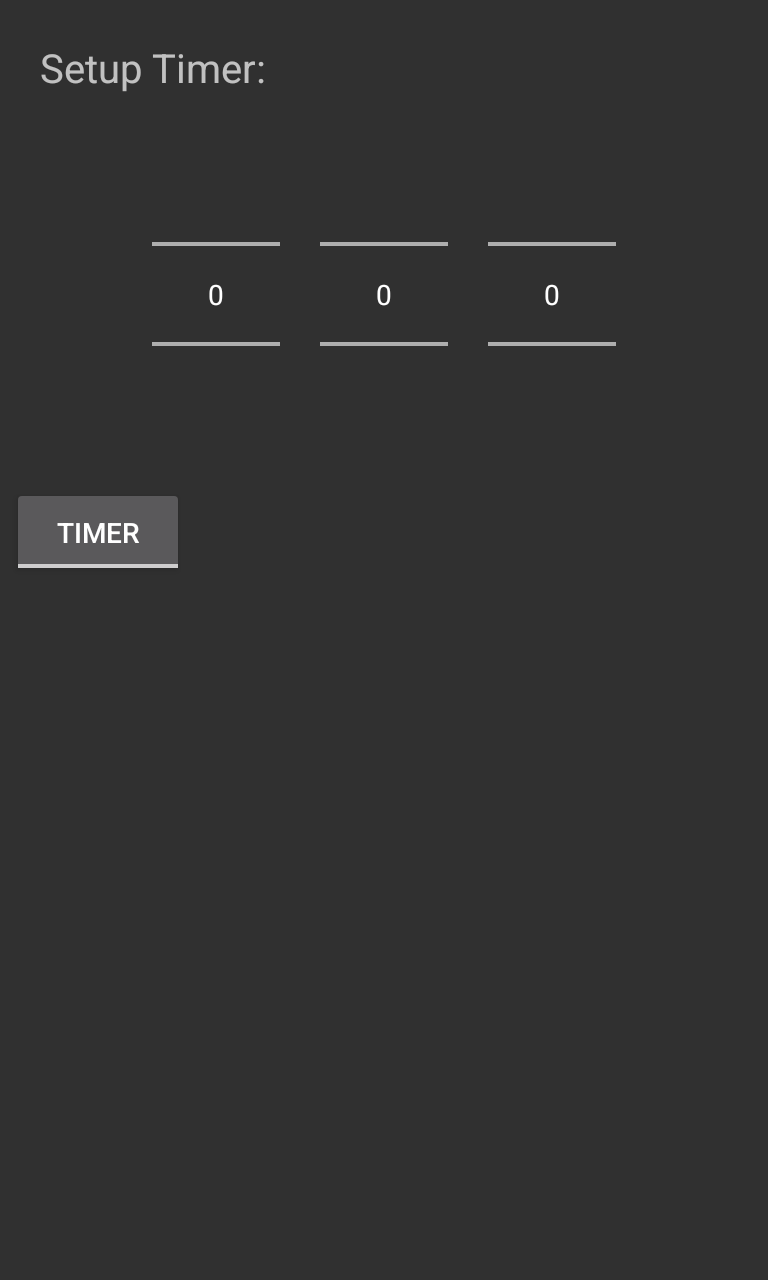
Repository: deanzaka/Shroom-Smart-Terminal
Layout: IOIOShroomST/res/layout/timer.xml
The author's editor kept a copy of each file at every save. The layout is drawn from the files as they stood at one save, then again after the next save.
It is drawn on a 768 x 1280 px phone screen (xhdpi) without system bars, with theme Theme.AppCompat; the app's code is not run.

Above is the layout before, as saved 2014-11-18 10:25:58.

After the next save:
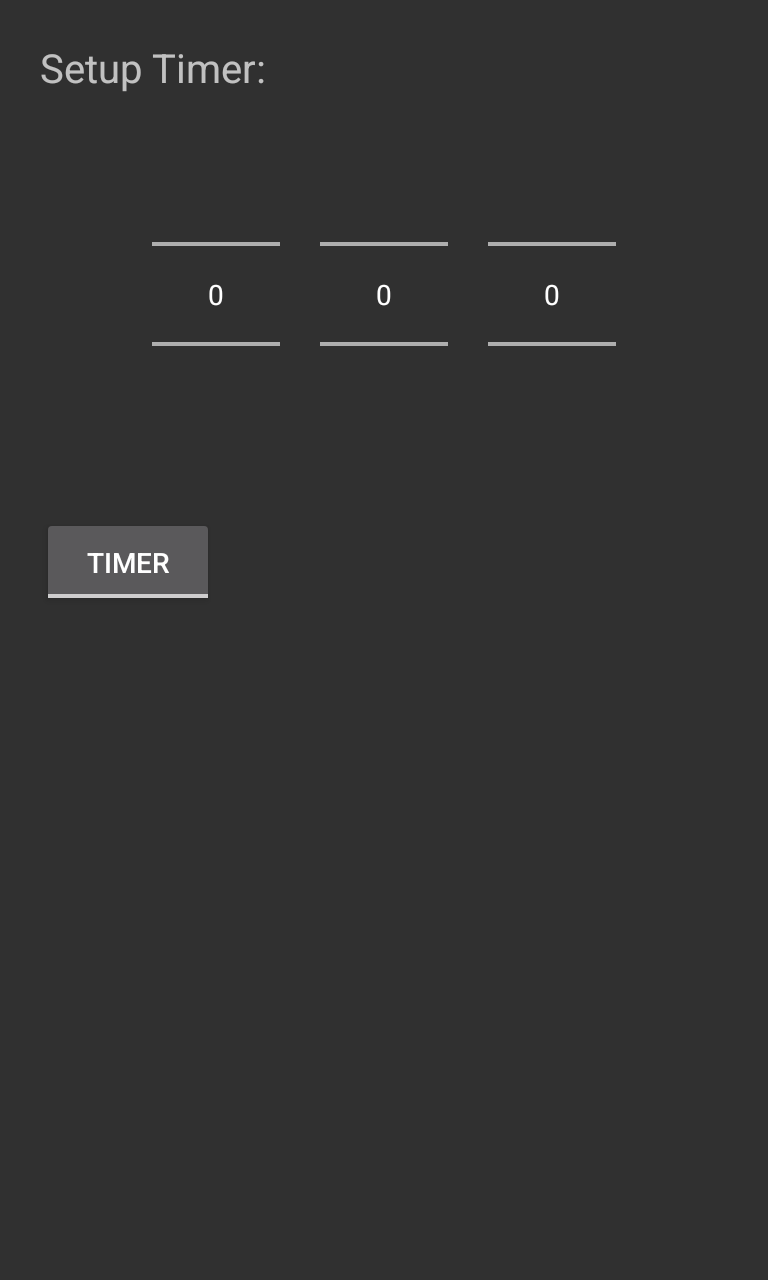
Saved 11 s later.
--- a/IOIOShroomST/res/layout/timer.xml
+++ b/IOIOShroomST/res/layout/timer.xml
@@ -43,8 +43,7 @@
 			android:id="@+id/StartTimer"
 			android:layout_width="wrap_content"
 			android:layout_height="wrap_content"
-			android:layout_toRightOf="@id/TempSens1"
-			android:layout_margin="5dp"
+			android:layout_margin="20dp"
 			android:text="@string/timer"
 			android:textOn="@string/timer"
 			android:textOff="@string/timer"
